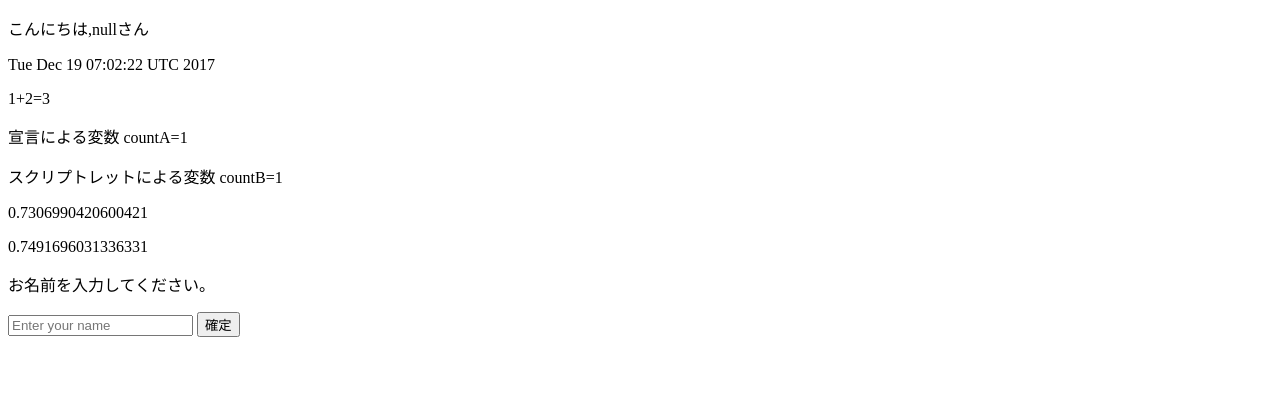
Repository: SNMAGNET/backup
Page: http://localhost/HelloJSP/
An editor plug-in stored every save of this project. The page is shown before and after the next save, followed by the edit.
The browser window is 1280 px wide. The pictures show the whole page.
The page is served by Tomcat 9.

Above is the page before, as saved 2017-12-20 04:02:50.

### HelloJSP/WebContent/index.jsp
<%@ page language ="java" contentType="text/html;charset=UTF-8"  pageEncoding="UTF-8"%>
<!DOCTYPE html>
<html>
  <head>
  <meta charset="utf-8">
  <title>TEST</title>
  </head>
  <body>
  <% request.setCharacterEncoding("UTF-8"); %>
  <p>こんにちは,<%=request.getParameter("user") %>さん</p>
  <% out.println(new java.util.Date()); %>

  <%! static int add(int a, int b){
	  return a+b;
  }  %>
  <p>1+2=<%= add(1,2) %></p>

  <%! static int countA=0; %>
  <%
  int countB=0;
  countA++;
  countB++;

  %>

  <p>宣言による変数 countA=<%=countA %></p>
  <p>スクリプトレットによる変数 countB=<%=countB %></p>

  <p><% out.println(Math.random()); %></p>
<p><%=Math.random() %></p>

<p>お名前を入力してください。</p>
<form method="post"
      action="greeting-out.jsp">
<input type="text"
       name="user"
       placeholder="Enter your name">
<input type="submit"
       value="確定">
</form>

  </body>


</html>

After the next save:
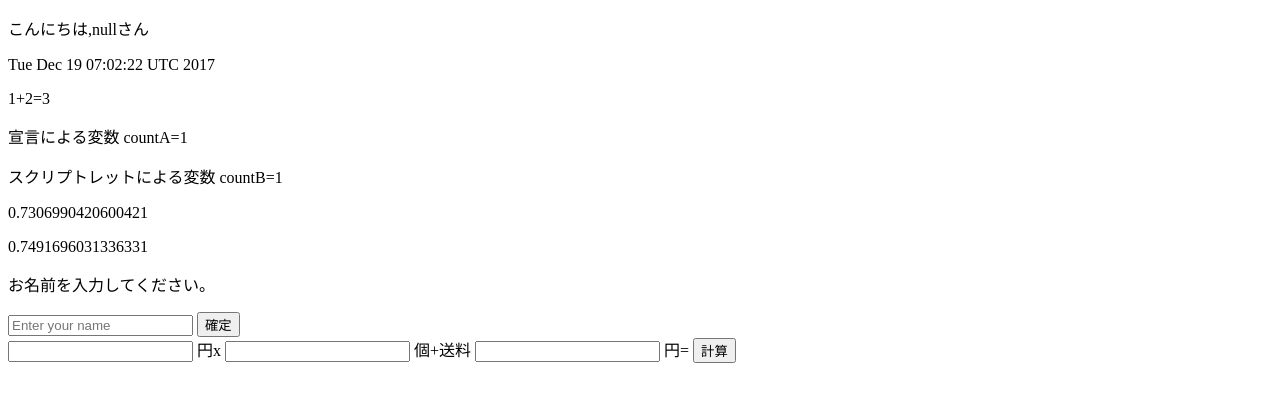
Saved 8 min 3 s later.
--- a/HelloJSP/WebContent/index.jsp
+++ b/HelloJSP/WebContent/index.jsp
@@ -39,6 +39,16 @@
        value="確定">
 </form>
 
+<form method="post" action="total-out.jsp">
+<input type="text" name="price">
+円x
+<input type="text" name="count">
+個+送料
+<input type="text" name="delivery">
+円=
+<input type="submit" value="計算">
+</form>
+
   </body>
 
 
